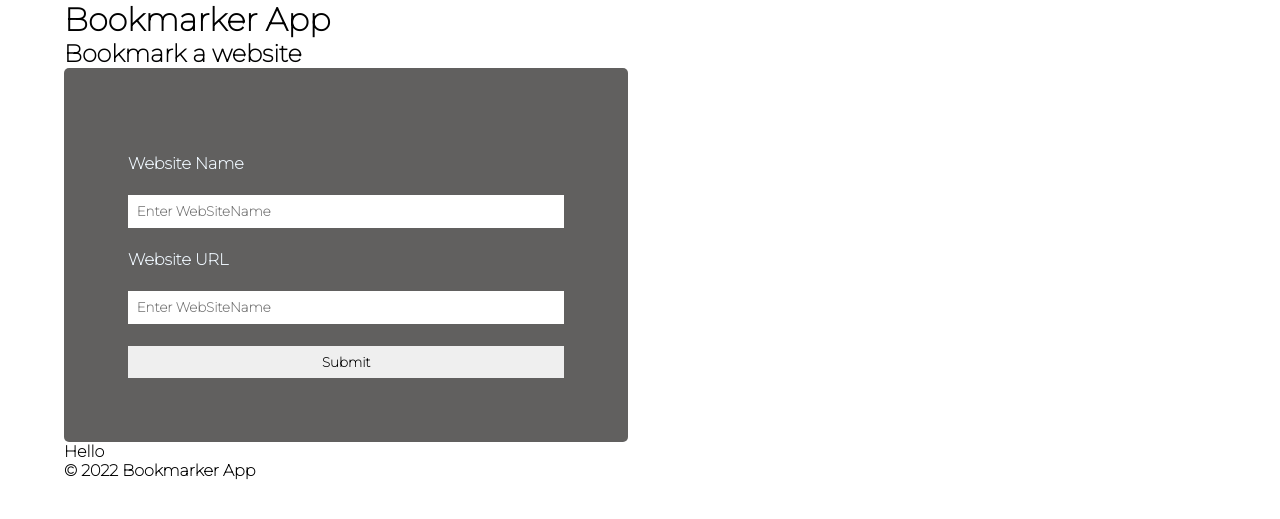
Repository: Suporl9/BookMarkerApp
Page: index.html
An editor plug-in stored every save of this project. The page is shown before and after a run of saves, followed by the edit.
The browser window is 1280 px wide. The pictures show the whole page.

Above is the page before, as saved 2021-11-21 20:54:38.

After the next 2 saves:
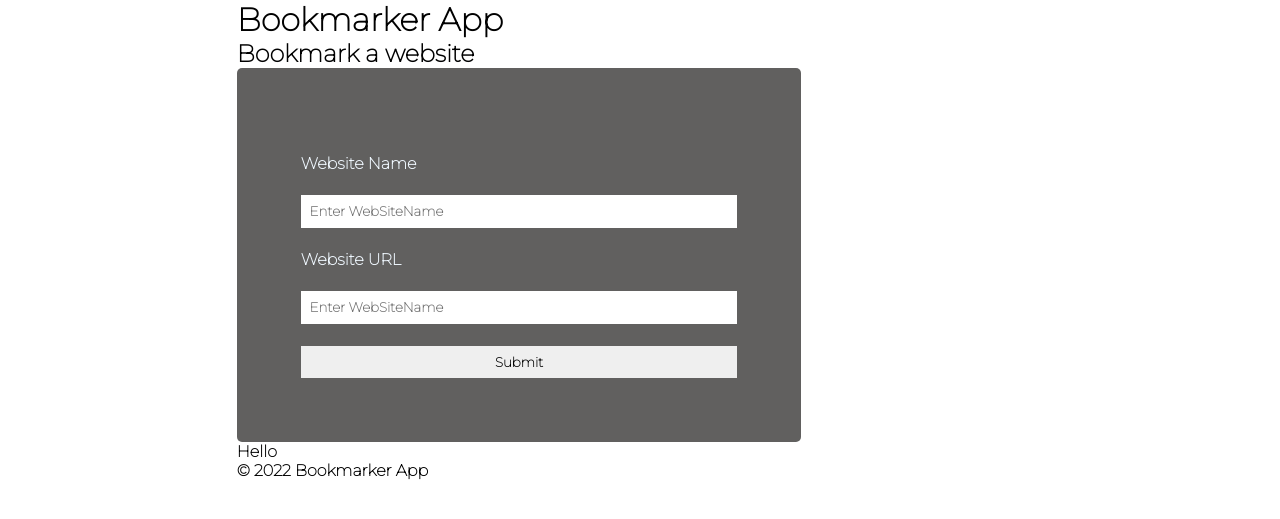
The 2 saves are shown as one change because they came seconds apart.
The last was saved 18 s later.
--- a/style.css
+++ b/style.css
@@ -25,9 +25,9 @@ body {
   /* background-color: var(--main-bg-color); */
   font-family: "Montserrat", sans-serif;
   /* margin: auto; */
-  /* width: 80%;
+  /* width: 80%; */
   display: flex;
-  justify-content: center; */
+  justify-content: center;
 }
 .innerContainer,
 .formSec {
